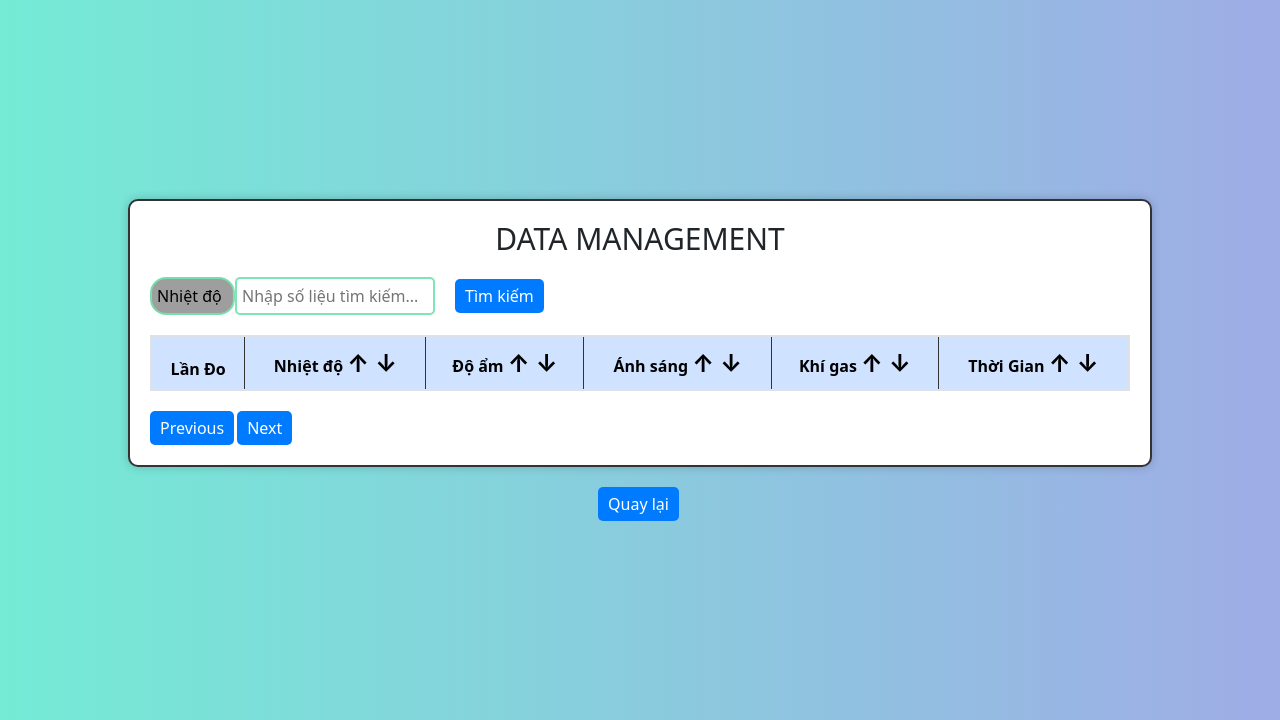
Repository: ndmq03102002/BTL_IOT
Page: Fontend_IOT/iot/data.html
An editor plug-in stored every save of this project. The page is shown before and after the next save, followed by the edit.
The browser window is 1280 px wide. The pictures show the whole page.
Pictures or frames that could not be fetched are drawn as grey boxes. The page's requests for data from a server got no answer. Some web libraries are served in a nearby version.

Above is the page before, as saved 2023-11-03 09:37:17.

After the next save:
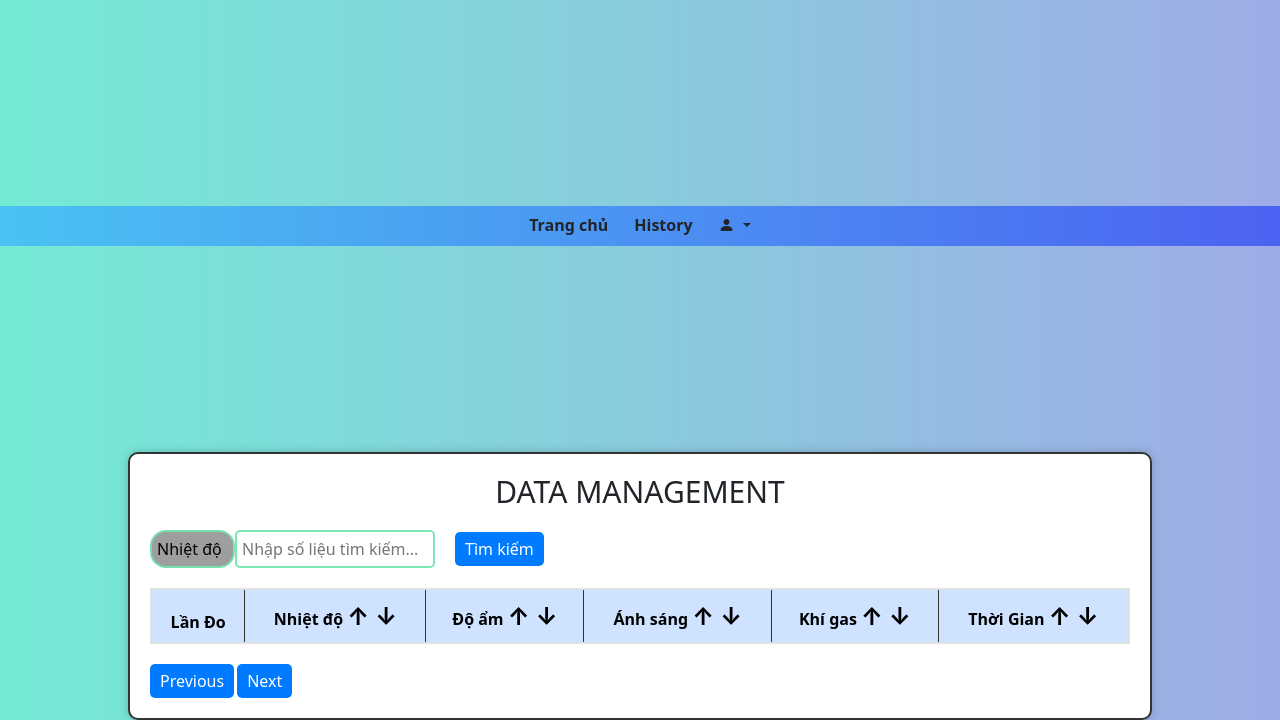
Saved 35 s later.
--- a/Fontend_IOT/iot/data.html
+++ b/Fontend_IOT/iot/data.html
@@ -1,10 +1,15 @@
 <!DOCTYPE html>
 <html lang="en">
   <head>
-    <meta charset="UTF-8" />
-    <meta name="viewport" content="width=device-width, initial-scale=1.0" />
-    <title>Data</title>
-    <link rel="stylesheet" href="bootstrap/css/bootstrap.css" />
+    <meta charset="UTF-8">
+    <meta name="viewport" content="width=device-width, initial-scale=1.0">
+    <title>Document</title>
+    <link rel="stylesheet" href="style.css">
+    <link rel="stylesheet" href="bootstrap/css/bootstrap.css">
+    <script src="https://cdnjs.cloudflare.com/ajax/libs/Chart.js/2.9.4/Chart.js"></script>
+    <script src="https://kit.fontawesome.com/1be2f108e2.js" crossorigin="anonymous"></script>
+    <link rel="stylesheet" href="https://cdn.jsdelivr.net/npm/bootstrap-icons@1.10.5/font/bootstrap-icons.css">
+    <link rel="stylesheet" href="https://cdnjs.cloudflare.com/ajax/libs/font-awesome/6.0.0/css/all.min.css" integrity="sha512-9usAa10IRO0HhonpyAIVpjrylPvoDwiPUiKdWk5t3PyolY1cOd4DSE0Ga+ri4AuTroPR5aQvXU9xC6qOPnzFeg==" crossorigin="anonymous" referrerpolicy="no-referrer" />
     <style>
       body {
         background: linear-gradient(to right, #74ebd5, #9face6);
@@ -122,6 +127,22 @@
       }
     </style>
   </head>
+  <header style="width: 100%; height: 40px; margin :auto;background: linear-gradient(to right, #4ac2f2, #4c62f2)">
+    <div class="col-sm-12 data">
+        <a href="index.html" class="btn" style="font-weight: bold;">Trang chủ</a>
+        <a href="history.html" class="btn" style="font-weight: bold;">History</a>
+        <div class="btn-group" >
+            <a class="btn btn-white dropdown-toggle"  href="#" role="button" data-bs-toggle="dropdown" aria-expanded="false">
+                <i class="bi bi-person-fill"></i>
+            </a>
+            <ul class="dropdown-menu">
+                <li><a href="javascript:" class="dropdown-item"><i class="bi bi-person"></i> MSV: B20DCCN567</a></li>
+                <li><a href="javascript:" class="dropdown-item"><i class="bi bi-phone"></i> Phone: 0961264306</a></li>
+                <li><a href="message.html" class="dropdown-item"><i class="bi bi-envelope"></i> Email: Nguyendinhmanhquynh@gmail.com</a></li>
+            </ul>
+          </div>
+    </div>
+</header>
   <body>
     <div class="container">
       <h1 style="text-align: center; font-size: 30px">DATA MANAGEMENT</h1>
@@ -209,20 +230,9 @@
         <button id="nextBtn">Next</button>
       </div>
     </div>
-    <button
-      style="
-        margin-top: 20px;
-        border-radius: 5px;
-        background-color: #007bff;
-        color: #fff;
-        border: none;
-        padding: 5px 10px;
-      "
-    >
-      <a href="index.html" style="text-decoration: none; color: #fff"
-        >Quay lại</a
-      >
-    </button>
   </body>
   <script src="dataJs.js"></script>
+  <script src="jquery.js"></script>
+    <script src="popper.min.js"></script>
+    <script src="bootstrap/js/bootstrap.min.js"></script>
 </html>
